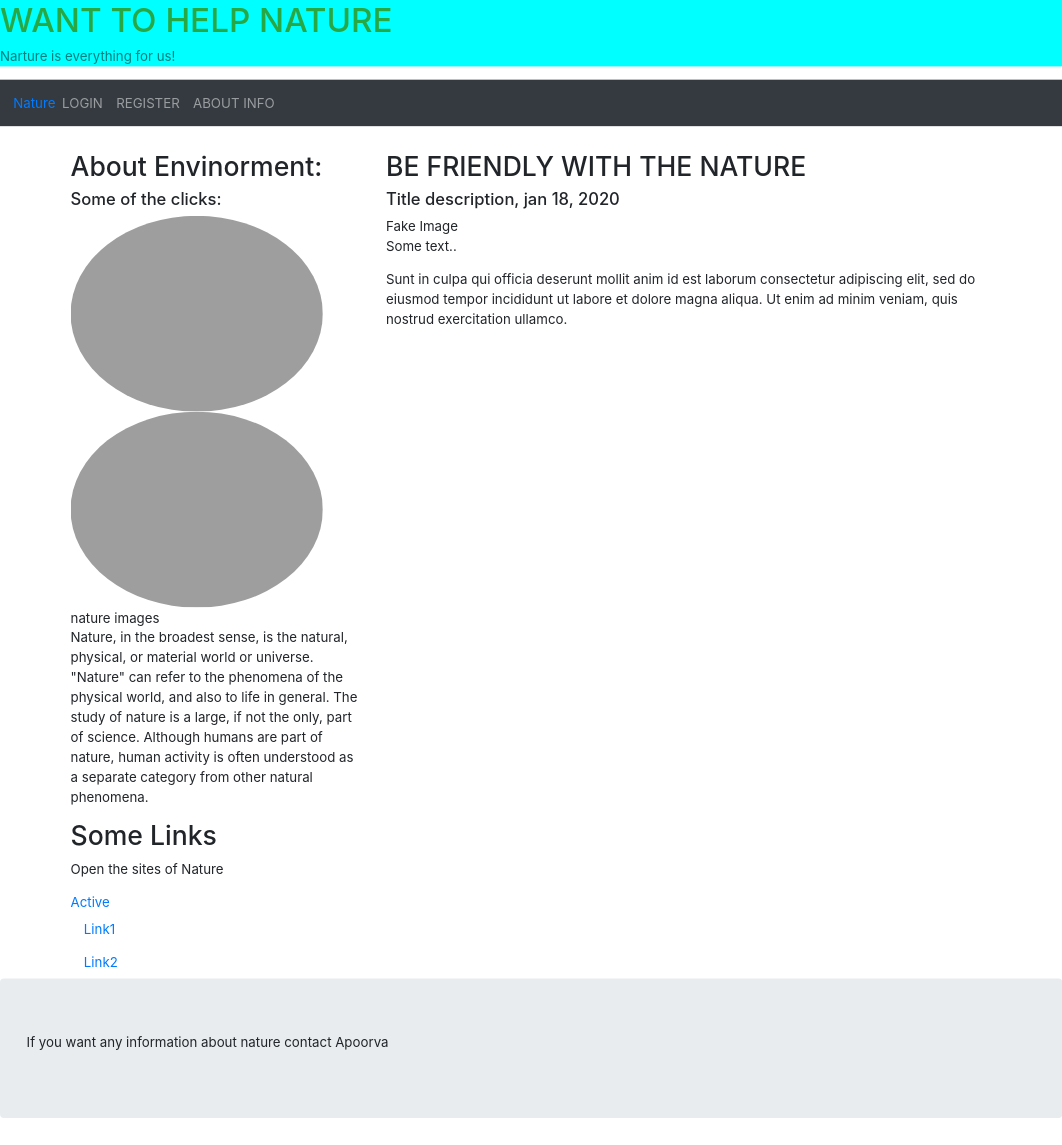
Repository: Apoorvasuswaram/cts
Page: appu/WebContent/main.html
An editor plug-in stored every save of this project. The page is shown before and after the next save, followed by the edit.
The browser window is 1280 px wide. The pictures show the whole page, at 83% of full size.
Pictures or frames that could not be fetched are drawn as grey boxes.

Above is the page before, as saved 2020-01-18 12:18:47.

After the next save:
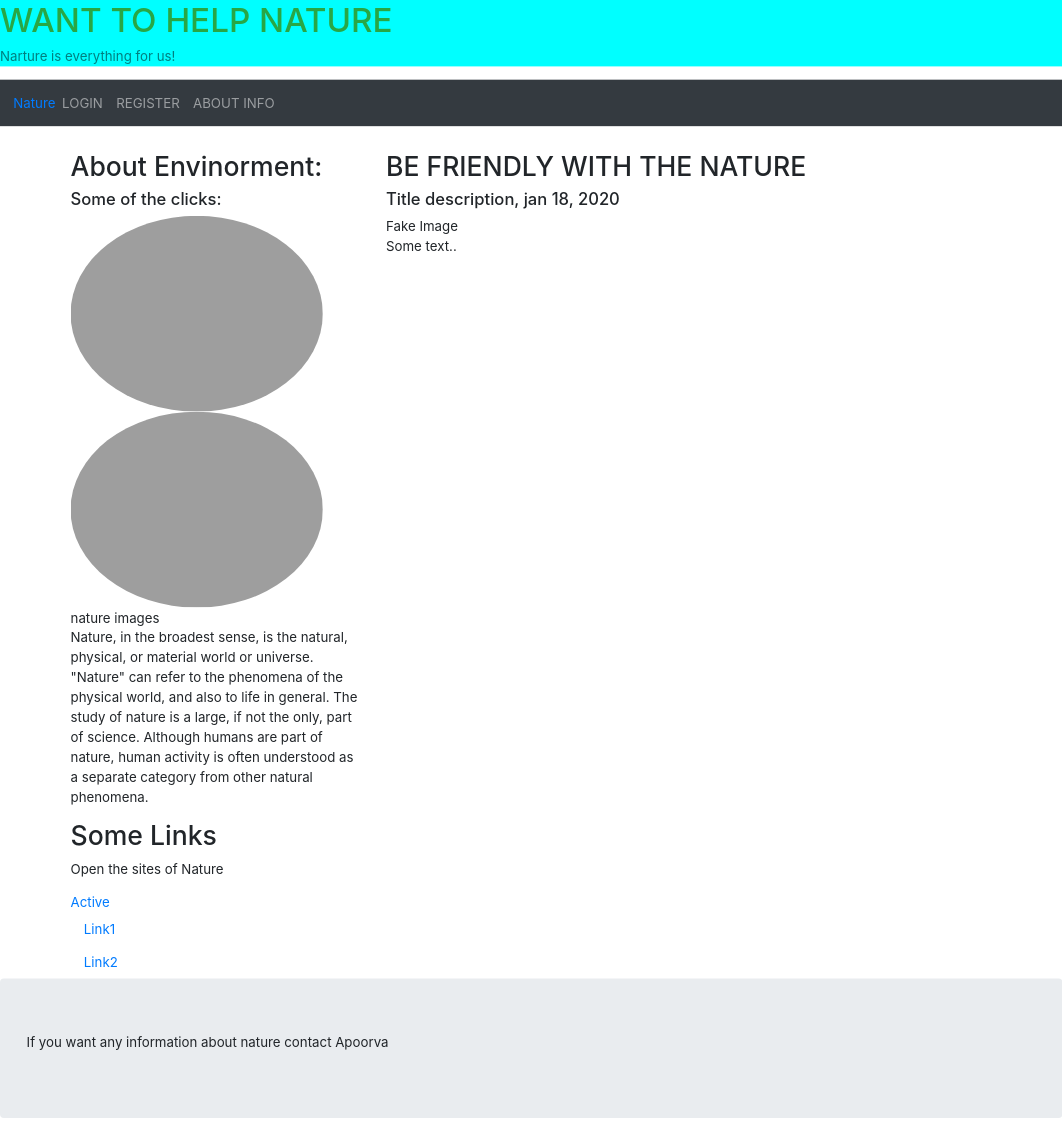
Saved 91 s later.
--- a/appu/WebContent/main.html
+++ b/appu/WebContent/main.html
@@ -74,7 +74,6 @@
       <h5>Title description, jan 18, 2020</h5>
       <div class="fakeimg">Fake Image</div>
       <p>Some text..</p>
-      <p>Sunt in culpa qui officia deserunt mollit anim id est laborum consectetur adipiscing elit, sed do eiusmod tempor incididunt ut labore et dolore magna aliqua. Ut enim ad minim veniam, quis nostrud exercitation ullamco.</p>
       <br>
     </div>
   </div>
